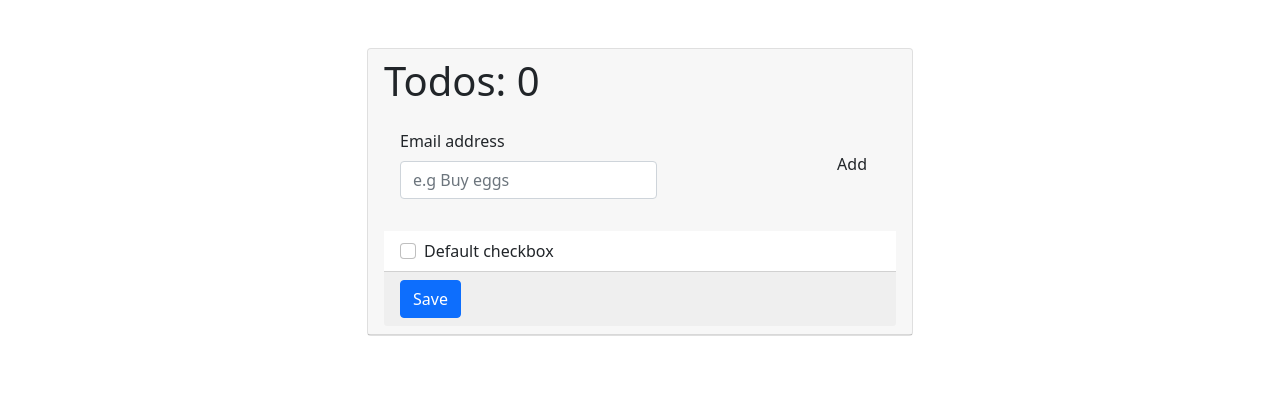
Repository: saidabbasun/TODO-react-redux
Page: /
An editor plug-in stored every save of this project. The page is shown before and after a run of saves, followed by the edit.
The browser window is 1280 px wide. The pictures show the whole page.
The project was rebuilt for these pictures with package versions that can differ from the ones it lists, and the page was loaded fresh each time.

Above is the page before, as saved 2022-05-17 12:08:14.

### public/index.html
<!DOCTYPE html>
<html lang="en">
  <head>
    <meta charset="utf-8" />

    <meta name="viewport" content="width=device-width, initial-scale=1" />
    <meta name="theme-color" content="#000000" />
    <meta
      name="description"
      content="Web site created using create-react-app"
    />
    <link href="https://cdn.jsdelivr.net/npm/bootstrap@5.0.2/dist/css/bootstrap.min.css" rel="stylesheet" integrity="sha384-EVSTQN3/azprG1Anm3QDgpJLIm9Nao0Yz1ztcQTwFspd3yD65VohhpuuCOmLASjC" crossorigin="anonymous">

    <title>React App</title>
  </head>
  <body>

    <div id="root"></div>

  </body>
</html>

### src/index.js
import React from 'react';
import ReactDOM from 'react-dom/client';
import App from './App';

const root = ReactDOM.createRoot(document.getElementById('root'));
root.render(
  <React.StrictMode>
    <App />
  </React.StrictMode>
);

### src/App.jsx
function App() {
  return (
    <div className="container">
      <div className="row">
        <div className="col-md-6 offset-md-3">
          <div className="card mt-5">
            <div className="card-header">
              <h1>Todos: 0</h1>
              <div>
                <div className="card-body">
                <form class="mb-3 d-flex justify-content-between align-items-center">
   <div> <label for="exampleFormControlInput1" class="form-label">Email address</label>
  <input type="text" class="form-control" id="exampleFormControlInput1" placeholder="e.g Buy eggs"/>
</div>
  <button className=" btn btn-succes"> Add</button>
</form>
                </div>
                  <ul class="list-group list-group-flush">
                    <li class="list-group-item">
                  <div>
                  <input class="form-check-input me-2" type="checkbox" value="" id="flexCheckDefault"/>
                    <label class="form-check-label" for="flexCheckDefault">
                       Default checkbox
                    </label>
                  </div>
                    </li>

                  </ul>

                <div className=" card-footer">
                  <button className="btn btn-primary">Save</button>
                </div>
              </div>
            </div>
          </div>
        </div>
      </div>
    </div>
  );
}

export default App;

After the next 2 saves:
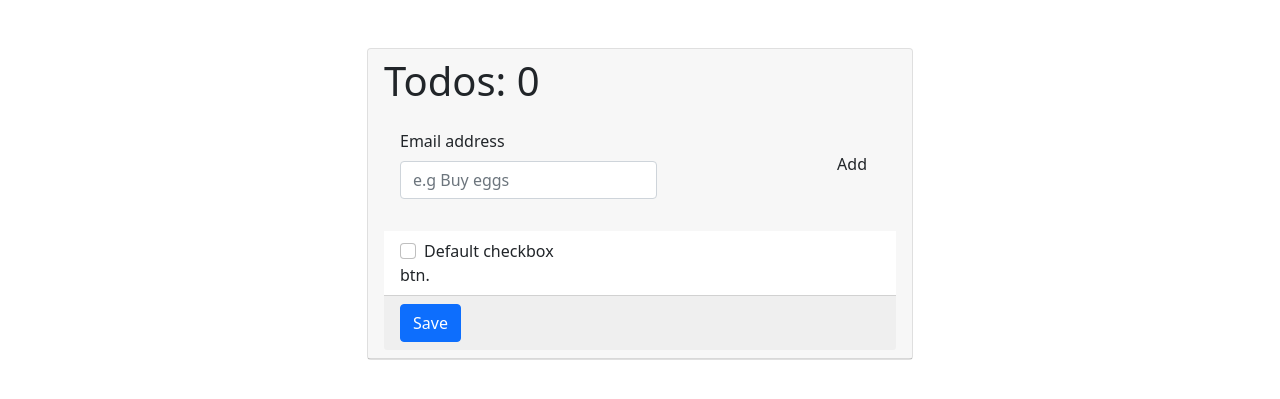
The 2 saves are shown as one change because they came seconds apart.
The last was saved 7 s later.
--- a/src/App.jsx
+++ b/src/App.jsx
@@ -23,6 +23,7 @@ function App() {
                        Default checkbox
                     </label>
                   </div>
+                  btn.
                     </li>
 
                   </ul>
